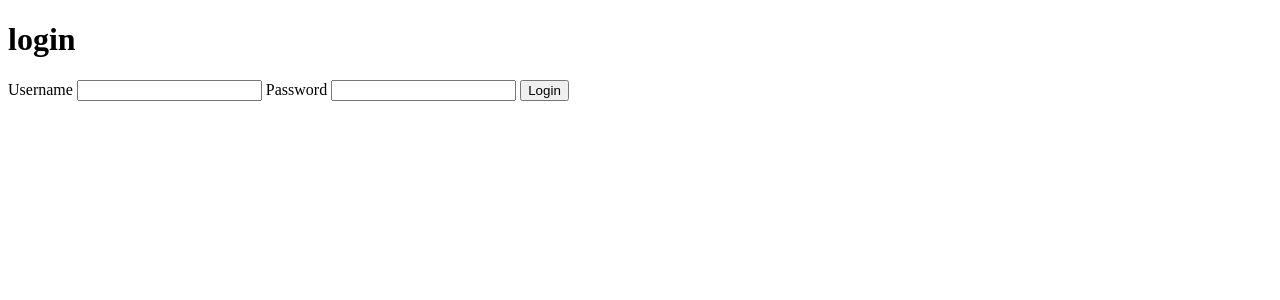
Repository: bao2222/hoc-lam-web
Page: welcome.html
An editor plug-in stored every save of this project. The page is shown before and after the next save, followed by the edit.
The browser window is 1280 px wide. The pictures show the whole page.

Above is the page before, as saved 2024-12-30 08:35:37.

### welcome.html
<!DOCTYPE html>
<html lang="en">

    <head>
        <meta charset="UTF-8">
        <title>Welcome</title>
        <meta content = "this is my website" name = "description">
        <meta author = "me">




    </head>

    <body>
        <h1>login</h1>
        <div>
            <div class>
                <form action="project.js" >

                    <label for="username">Username</label>
                    <input type="text" id="username" name="username" required>

                    <label for="password">Password</label>
                    <input type="password" id="password" name="password" required>

                    <button type="submit">Login</button>


                </form>




            </div>


        </div>





    </body>





</html>

After the next save:
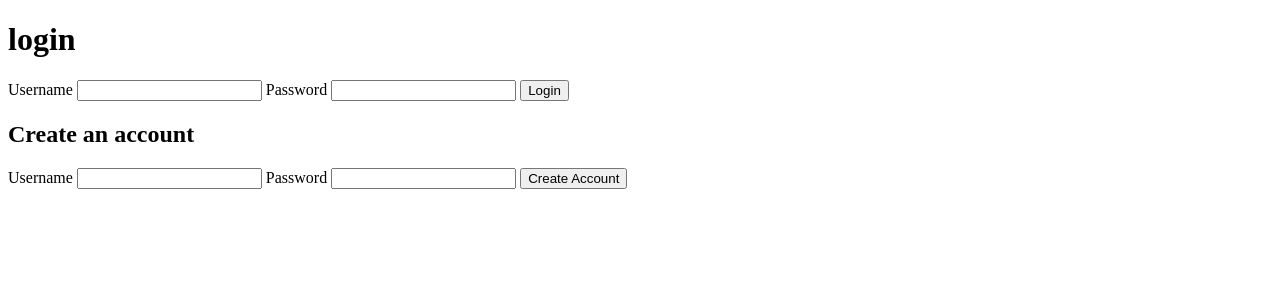
Saved 2 min 29 s later.
--- a/welcome.html
+++ b/welcome.html
@@ -15,7 +15,7 @@
     <body>
         <h1>login</h1>
         <div>
-            <div class>
+            <div class="login">
                 <form action="project.js" >
 
                     <label for="username">Username</label>
@@ -26,13 +26,25 @@
 
                     <button type="submit">Login</button>
 
+                </form>
+            </div>
 
+            <h2>Create an account</h2>
+            <div>
+
+                <form action="project.js" method="post">
+                    <label for="username">Username</label>
+                    <input type="text" id="username" name="username" required>
+
+                    <label for="password">Password</label>
+                    <input type="password" id="password" name="password" required>
+
+                    <button type="submit">Create Account</button>
                 </form>
 
 
+            </div>
 
-
-            </div>
 
 
         </div>
